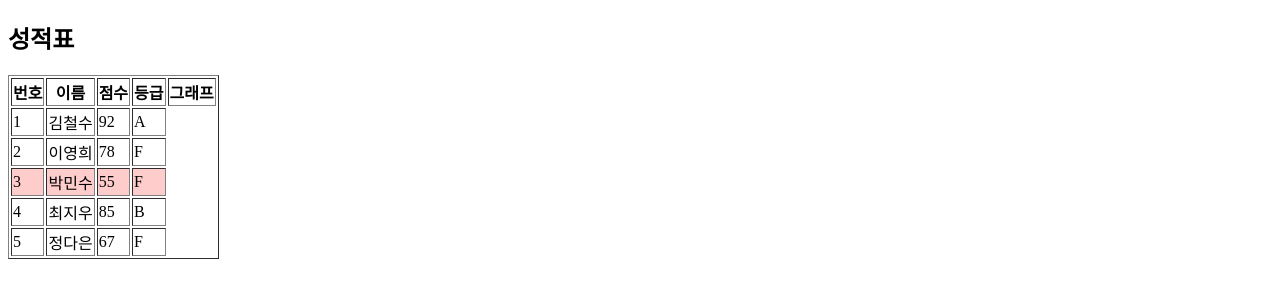
Repository: ohseung-web/Jsp2026
Page: http://localhost/chapter01/example_score.jsp
The author's editor kept a copy of each file at every save. The page is drawn from the files as they stood at one save, then again after the next save.
The browser window is 1280 px wide. The pictures show the whole page.
The page is served by Tomcat 9.

Above is the page before, as saved 2026-10-16 05:48:53.

### chapter01/src/main/webapp/example_score.jsp
<%@ page language="java" contentType="text/html; charset=UTF-8"
    pageEncoding="UTF-8" import="java.util.*"%>
<!DOCTYPE html>
<html>
<head>
<meta charset="UTF-8">
<title>Insert title here</title>
</head>
<body>
<!-- 성적 그래프 : 선언문이용하여 getGrade(int score) 함수 만들기 -->
<%!
   public String getGrade(int score){
	 if(score >= 90){
		 return "A";
	 }else if(score >=80){
		 return "B";
	 }else if(score >=80){
		 return "C";
	 }else if(score >=80){
		 return "D";
	 }else {
		 return "F";
	 }
   }
%>
<%
   String [] names ={"김철수","이영희","박민수","최지우","정다은"};
   int [] scores ={92,78,55,85,67};

   int total=0;
   int max = scores[0];
   int min = scores[0];
%>
<h2>성적표</h2>
<table border="1">
   <tr>
   	<th>번호</th><th>이름</th><th>점수</th><th>등급</th><th>그래프</th>
   </tr>

<%
   for(int i=0; i<names.length; i++){
%>
	<!-- <tr>, <td>태그 작성 부분 : 3항 연산자 이용 60미만 배경색 #ffccc -->
	<tr style="background-color:<%= (scores[i]<60) ? "#ffcccc":"#ffffff" %>">
		<td><%= i+1 %></td>
		<td><%= names[i] %></td>
		<td><%= scores[i] %></td>
		<td><%= getGrade(scores[i]) %></td>
	</tr>
<%
   }
%>
</table>
</body>
</html>

After the next save:
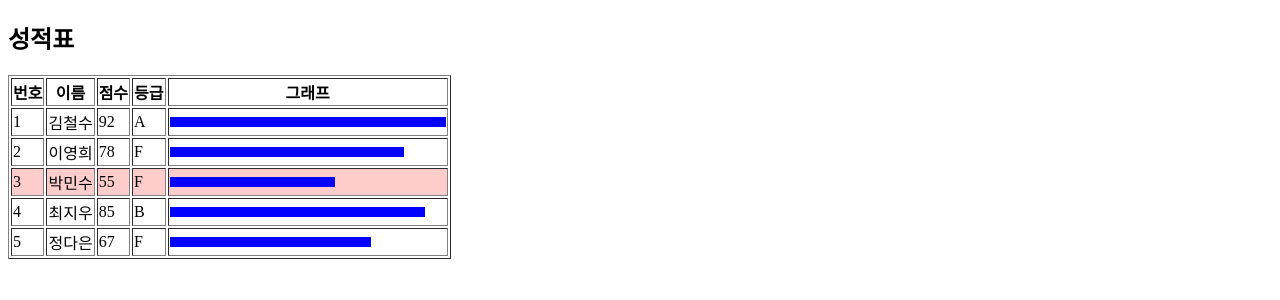
Saved 2 min 18 s later.
--- a/chapter01/src/main/webapp/example_score.jsp
+++ b/chapter01/src/main/webapp/example_score.jsp
@@ -46,6 +46,9 @@
 		<td><%= names[i] %></td>
 		<td><%= scores[i] %></td>
 		<td><%= getGrade(scores[i]) %></td>
+		<td>
+		    <div style="width:<%= scores[i] * 3 %>px; height:10px; background-color:blue"></div>
+		</td>
 	</tr>
 <%
    }
